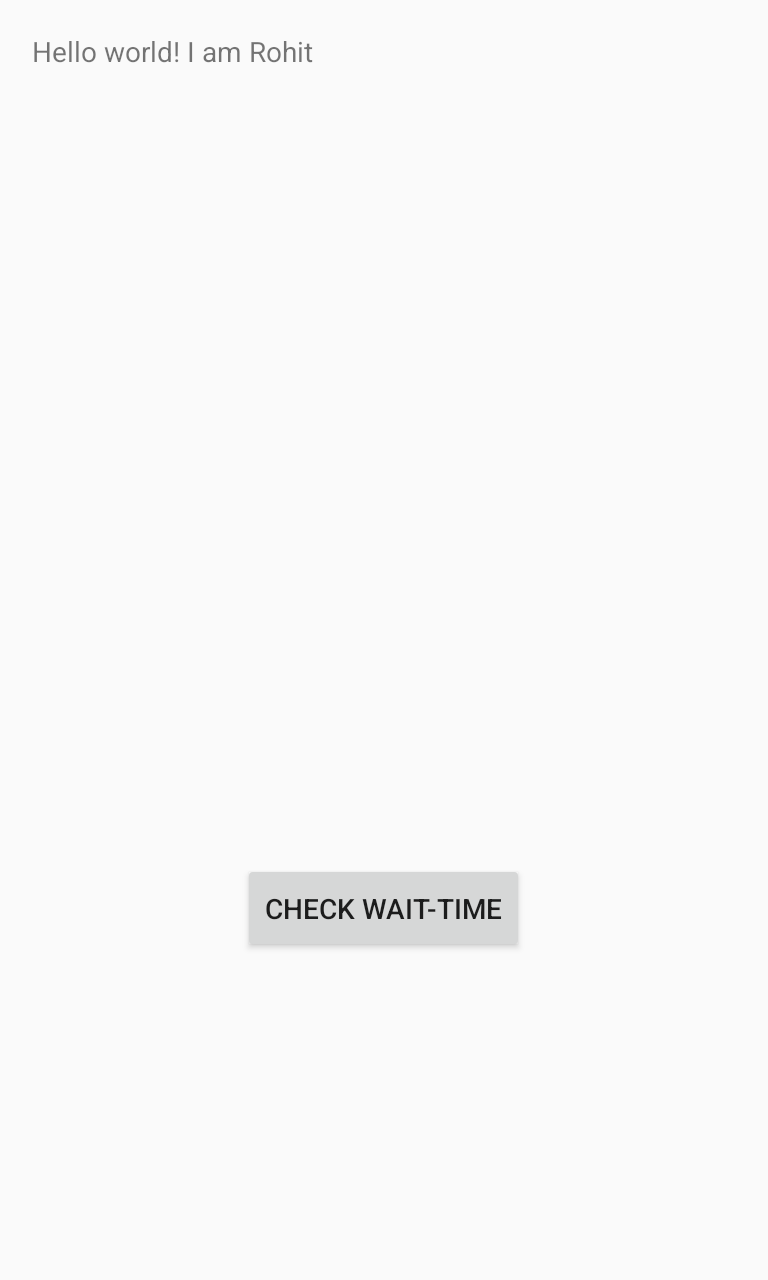
Repository: manasvikaranam/Wait-time-estimation-on-smartphone
Layout: Wait'N'Watch/res/layout/activity_main.xml
An editor plug-in stored every save of this project. The layout is shown before and after the next save, followed by the edit.
It is drawn on a 768 x 1280 px phone screen (xhdpi) without system bars, with theme AppTheme; the app's code is not run.

Above is the layout before, as saved 2015-02-27 07:22:22.

After the next save:
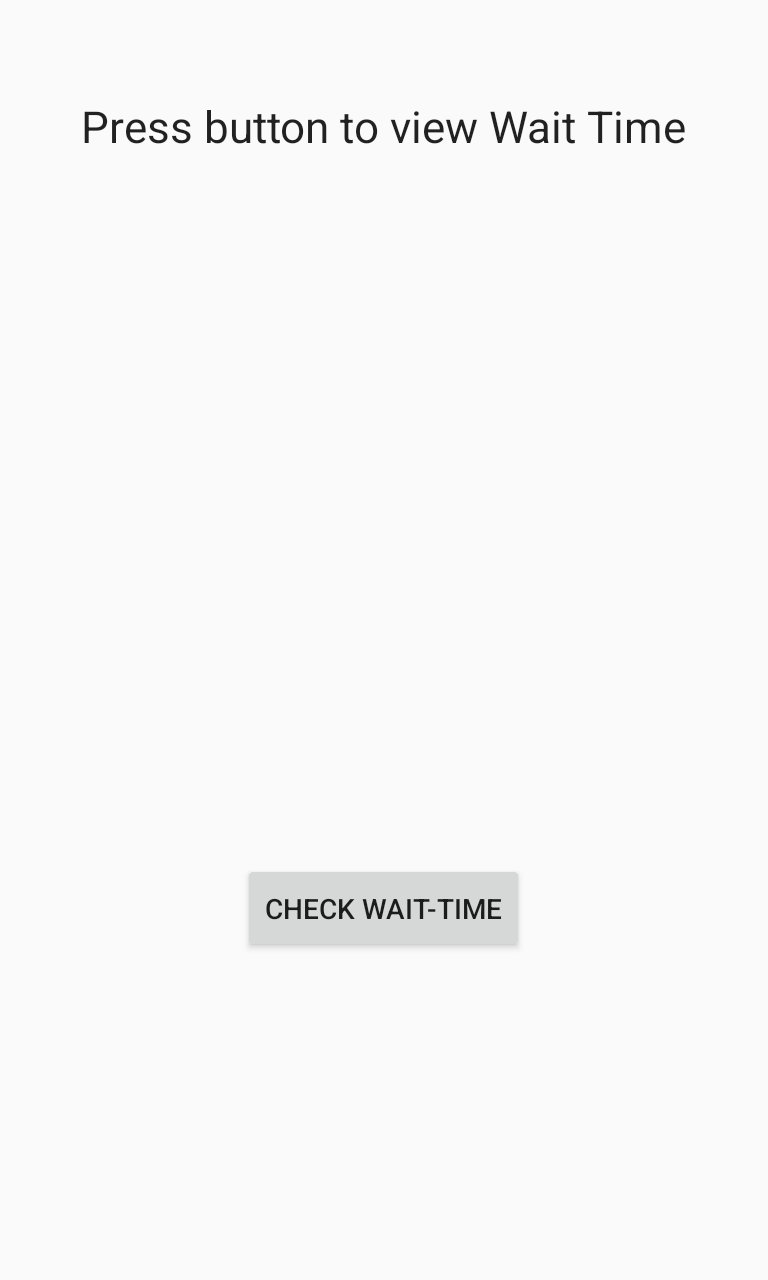
Saved 4 s later.
--- a/Wait'N'Watch/res/layout/activity_main.xml
+++ b/Wait'N'Watch/res/layout/activity_main.xml
@@ -9,11 +9,14 @@
     tools:context="com.example.waitnwatch.layouts.MainActivity" >
 
     <TextView
-        android:id="@+id/textView1"
+        android:id="@+id/waitTimeView"
         android:layout_width="wrap_content"
         android:layout_height="wrap_content"
-        android:text="@string/hello_world" />
-
+        android:layout_below="@+id/textView1"
+        android:layout_centerHorizontal="true"
+        android:layout_marginTop="32dp"
+        android:text="@string/waitTimeView"
+        android:textAppearance="?android:attr/textAppearanceLarge" />
     <Button
         android:id="@+id/checkWaitTime"
         android:layout_width="wrap_content"
@@ -24,4 +27,6 @@
         android:text="@string/checkWaitTime"
         android:onClick="checkWaitTime" />
 
+
+
 </RelativeLayout>
